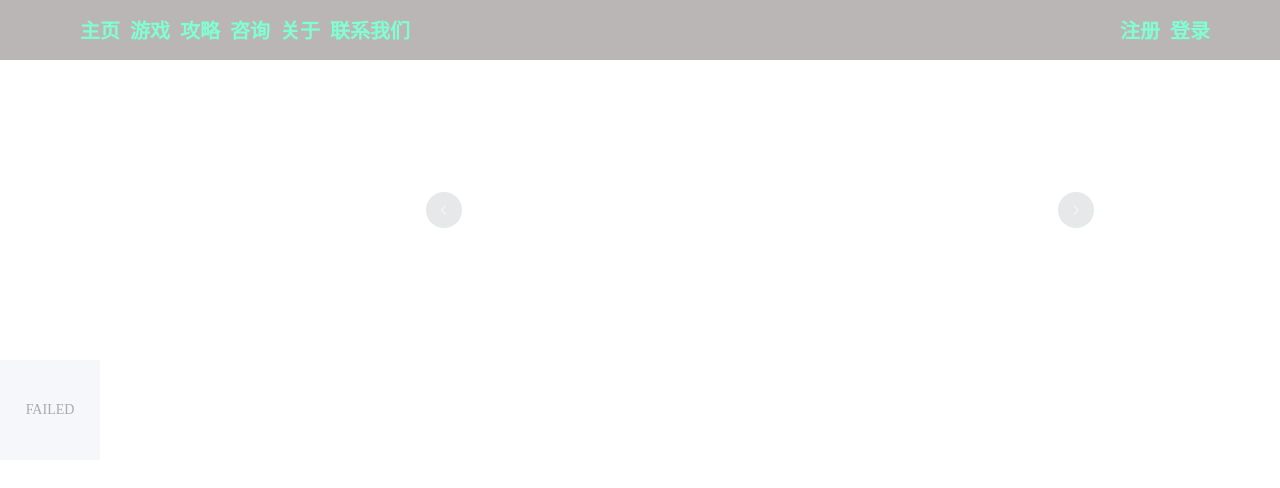
Repository: nucleako/xxtx
Page: / (app in xxtx/)
The author's editor kept a copy of each file at every save. The page is drawn from the files as they stood at one save, then again after the next save.
The browser window is 1280 px wide. The pictures show the whole page.
The project was rebuilt for these pictures with package versions that can differ from the ones it lists, and the page was loaded fresh each time.

Above is the page before, as saved 2022-09-05 11:15:54.

### xxtx/src/main.js
import { createApp } from 'vue'
import App from './App.vue'
import router from './router'
import store from './store'

import ElementPlus from 'element-plus'
import 'element-plus/dist/index.css'
createApp(App).use(store).use(router).use(ElementPlus).mount('#app')
//执行创建实例的方法
//加载路由、仓库
//挂载到index.html->app节点上

### xxtx/src/App.vue
<template>
<Header />

  <router-view/>
</template>

<style>
  *{
    margin: 0;
    padding: 0;
  }
  a{
    text-decoration: none;

  }
  .row{
    width: 1140px;
    margin: 0 auto ;
  }
</style>

### xxtx/src/views/Home.vue
<template>

<div class="home">
    <!-- <img alt="Vue logo" src="../assets/logo.png">
    <HelloWorld msg="Welcome to Your Vue.js App"/> -->
   <Header ></Header>
   <el-carousel :interval="5000" arrow="always">
    <el-carousel-item v-for="item in carousle_arr" :key="item">
      <el-image style="width: 100%; height: 100%" :src="item" />
    </el-carousel-item>
  </el-carousel>

  <div class="yxzx">
    <div class="con">
      <h3></h3>
      <div class="yxzx_con">
        <div class="yxzx_con_item">
          <el-image style="width: 100px; height: 100px" :src="url" :fit="fit" />
          <div class="yxzx_con_item_r">
            <h4></h4>
          </div>
        </div>
      </div>
    </div>
  </div>
  </div>
<router-view/>

  <!-- <div class="bigshow">
    <div class="row">
      <div class="swiper">
        <img src="" alt="" class="bigImg">
        <button>&lt;</button>
        <button>&gt;</button>


      </div>
    </div>
  </div> -->

</template>

<script>
// @ is an alias to /src


import Header from '@/components/Header.vue'

export default {
  name: 'Home',
  components: {
    Header,
    data:function(){
    return {
        carousel_arr:[
        'https://img95.699pic.com/photo/50073/5898.jpg_wh860.jpg',
        'https://img95.699pic.com/photo/50072/0616.jpg_wh860.jpg',
        'https://ts1.cn.mm.bing.net/th/id/R-C.c8e8f567924b300592abdf92ec9825ba?rik=SLrpXLkWjx%2bbbQ&riu=http%3a%2f%2fimg95.699pic.com%2fphoto%2f50086%2f1519.jpg_wh860.jpg&ehk=%2fvtxn3fT%2b1LJNx4XEPsDIqQo4LzcjbwsIBX0FTdeIY0%3d&risl=&pid=ImgRaw&r=0'

        ]
     }
    }
  }
}
</script>
<style>

.swiper{
  width: 100%;
  height: 360px;
}
</style>

### xxtx/src/components/Header.vue
<template>
    <div id="Header">
      <div class="row">
        <h1 ><a href="http://172.16.8.92:8080/">主页</a></h1>
        <h1 ><a href="http://172.16.8.92:8080/">游戏</a></h1>
        <h1 ><a href="http://172.16.8.92:8080/">攻略</a></h1>
        <h1 ><a href="http://172.16.8.92:8080/">咨询</a></h1>
        <h1 ><a href="../views/Us.vue" >关于</a></h1>
        <h1 ><a href="" >联系我们</a></h1>
        <h1 class=""><a href="">登录</a></h1>
        <h1 class=""><a href="">注册</a></h1>
        <div id="nav">
          <!-- <router-link href="">111111</router-link>
          <router-link >11111</router-link> -->
        </div>
      </div>
    </div>
  </template>


<style>
  #Header{
    height: 60px;
    color: rgb(174, 211, 211);
    font: 300;
    /* display: inline-block; */
    height: 60px;
    background-color: #bbb6b6;
  }
  .row{
    width: 1140px;
    margin: 0 auto ;
  }
  #Header h1{
    float: left;
    height: 80px;
    font-size: 20px;
    margin-left: 10px;
    margin-top: 15px;
  }
  #Header h1[class]{
    float: right;
  }
  #Header a{
    margin-top: 15px;
    color: aquamarine;
    margin: auto 0;
  }
  #Header a[class]{
    font-size: 20px;
    margin-right: 15px;
  }

</style>

Loaded but not shown: xxtx/public/index.html (common file); xxtx/src/router/index.js (common file); xxtx/src/store/index.js (common file)

After the next save:
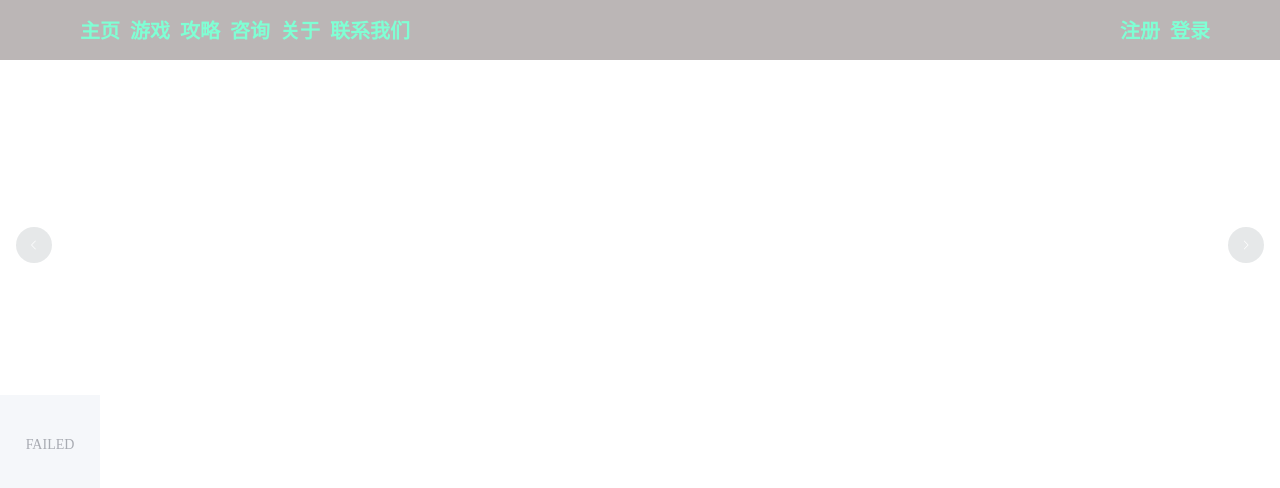
Saved 26 s later.
--- a/xxtx/src/views/Home.vue
+++ b/xxtx/src/views/Home.vue
@@ -70,3 +70,16 @@ export default {
   height: 360px;
 }
 </style>
+<style scoped>
+  .el-carousel{
+    width: 100%;
+  }
+
+  .el-carousel__item:nth-child(2n) {
+    background-color: #99a9bf;
+  }
+
+  .el-carousel__item:nth-child(2n + 1) {
+    background-color: #d3dce6;
+  }
+</style>
